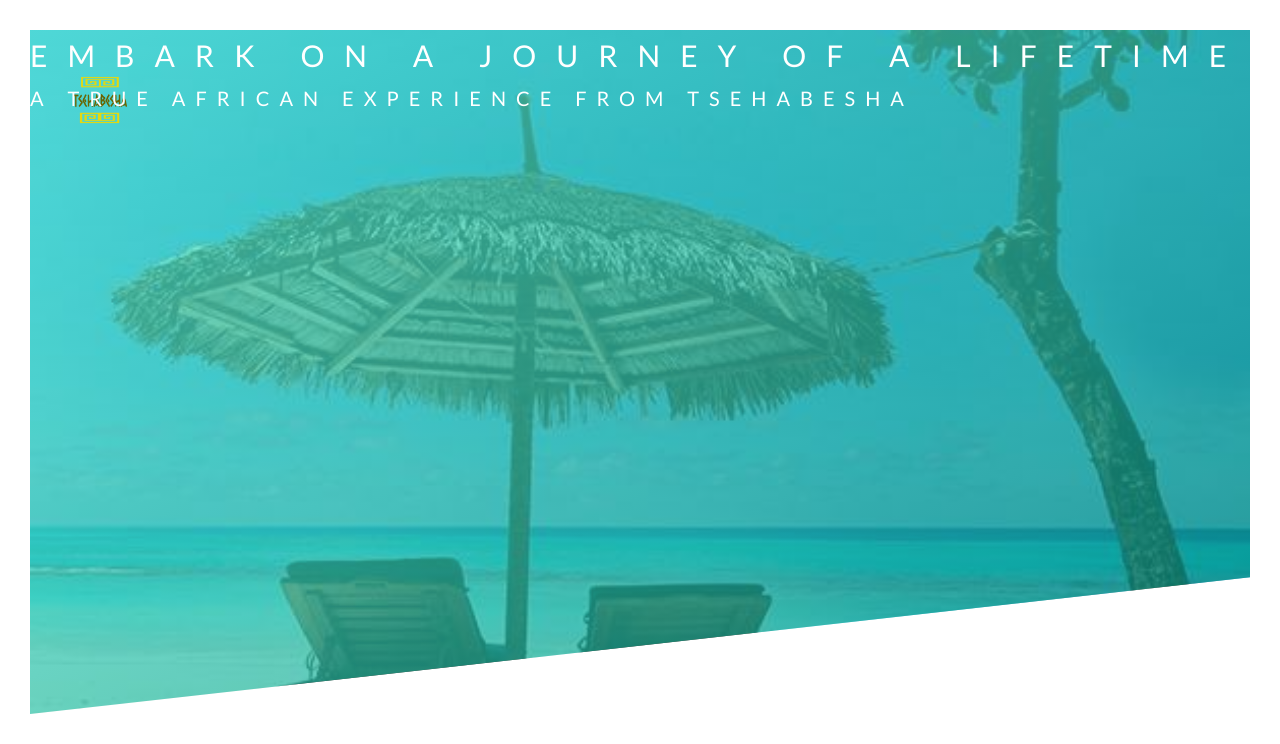
Repository: Azariagmt/tour-and-travel
Page: index.html
An editor plug-in stored every save of this project. The page is shown before and after a run of saves, followed by the edit.
The browser window is 1280 px wide. The pictures show the whole page.

Above is the page before, as saved 2020-03-24 17:07:55.

### index.html
<!DOCTYPE html>
<!--[if lt IE 7]>      <html class="no-js lt-ie9 lt-ie8 lt-ie7"> <![endif]-->
<!--[if IE 7]>         <html class="no-js lt-ie9 lt-ie8"> <![endif]-->
<!--[if IE 8]>         <html class="no-js lt-ie9"> <![endif]-->
<!--[if gt IE 8]><!--> <html class="no-js"> <!--<![endif]-->
    <head>
        <meta charset="utf-8">
        <meta http-equiv="X-UA-Compatible" content="IE=edge">
        <title></title>
        <meta name="description" content="">
        <meta name="viewport" content="width=device-width, initial-scale=1">
        <link href="https://fonts.googleapis.com/css?family=Lato&display=swap" rel="stylesheet">
        <link rel="stylesheet" href="css/style.css">
    </head>
    <body>
        <!--[if lt IE 7]>
            <p class="browsehappy">You are using an <strong>outdated</strong> browser. Please <a href="#">upgrade your browser</a> to improve your experience.</p>
        <![endif]-->
        <header class="header">
            <div class="logo-box">
                <img src="img/tsehabesha-logo.png" alt="Logo" class="logo">
            </div>
            <div class="text-box">
                <h1 class="heading-primary">
                    <span class="heading-primary-main">
                        embark on a journey of a lifetime
                    </span>
                    <span class="heading-primary-sub">
                        a true african experience from tsehabesha
                    </span>
                </h1>
            </div>
        </header>
        <script src="" async defer></script>
    </body>
</html>

### css/style.css
* {
  margin: 0;
  padding: 0;
  box-sizing: border-box;
}

body {
  font-family: "Lato", sans-serif;
  font-weight: 400;
  font-size: 16px;
  line-height: 1.7;
  color: #777777;
  padding: 30px;
}

.header {
  height: 95vh;
  background-image: linear-gradient(to right bottom, #64ffdbb9, #00897bb9),
    url(../img/2.jpg);
  background-size: cover;
  background-position: top;
  clip-path: polygon(0 0, 100% 0, 100% 80%, 0% 100%);
  position: relative;
}

.logo-box {
  position: absolute;
  top: 40px;
  left: 40px;
}

.logo {
  height:60px;
}
.text-box{
  position: absolute;
  top:50
}
.heading-primary{
    color:white;
    text-transform: uppercase;
    /* line-height: 95vh; */
}

.heading-primary-main{
  display: block;
  font-size: 30px;
  font-weight: 400;
  letter-spacing: 20px;
}

.heading-primary-sub{
  display: block;
  font-size:20px;
  font-weight:400;
  letter-spacing: 10px;
}

After the next 5 saves:
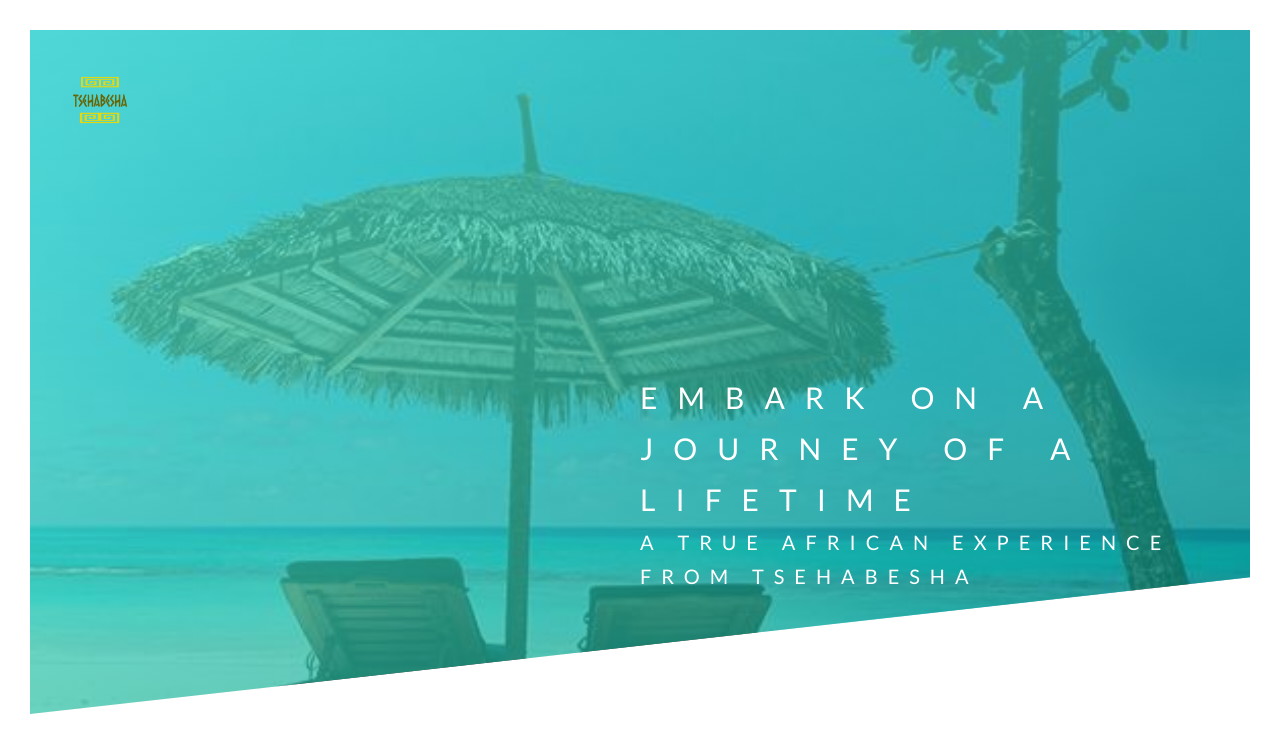
The 5 saves are shown as one change because they came seconds apart.
The last was saved 13 s later.
--- a/css/style.css
+++ b/css/style.css
@@ -30,28 +30,29 @@
 }
 
 .logo {
-  height:60px;
+  height: 60px;
 }
-.text-box{
+.text-box {
   position: absolute;
-  top:50
+  top: 50%;
+  left: 50%;
 }
-.heading-primary{
-    color:white;
-    text-transform: uppercase;
-    /* line-height: 95vh; */
+.heading-primary {
+  color: white;
+  text-transform: uppercase;
+  /* line-height: 95vh; */
 }
 
-.heading-primary-main{
+.heading-primary-main {
   display: block;
   font-size: 30px;
   font-weight: 400;
   letter-spacing: 20px;
 }
 
-.heading-primary-sub{
+.heading-primary-sub {
   display: block;
-  font-size:20px;
-  font-weight:400;
+  font-size: 20px;
+  font-weight: 400;
   letter-spacing: 10px;
 }
